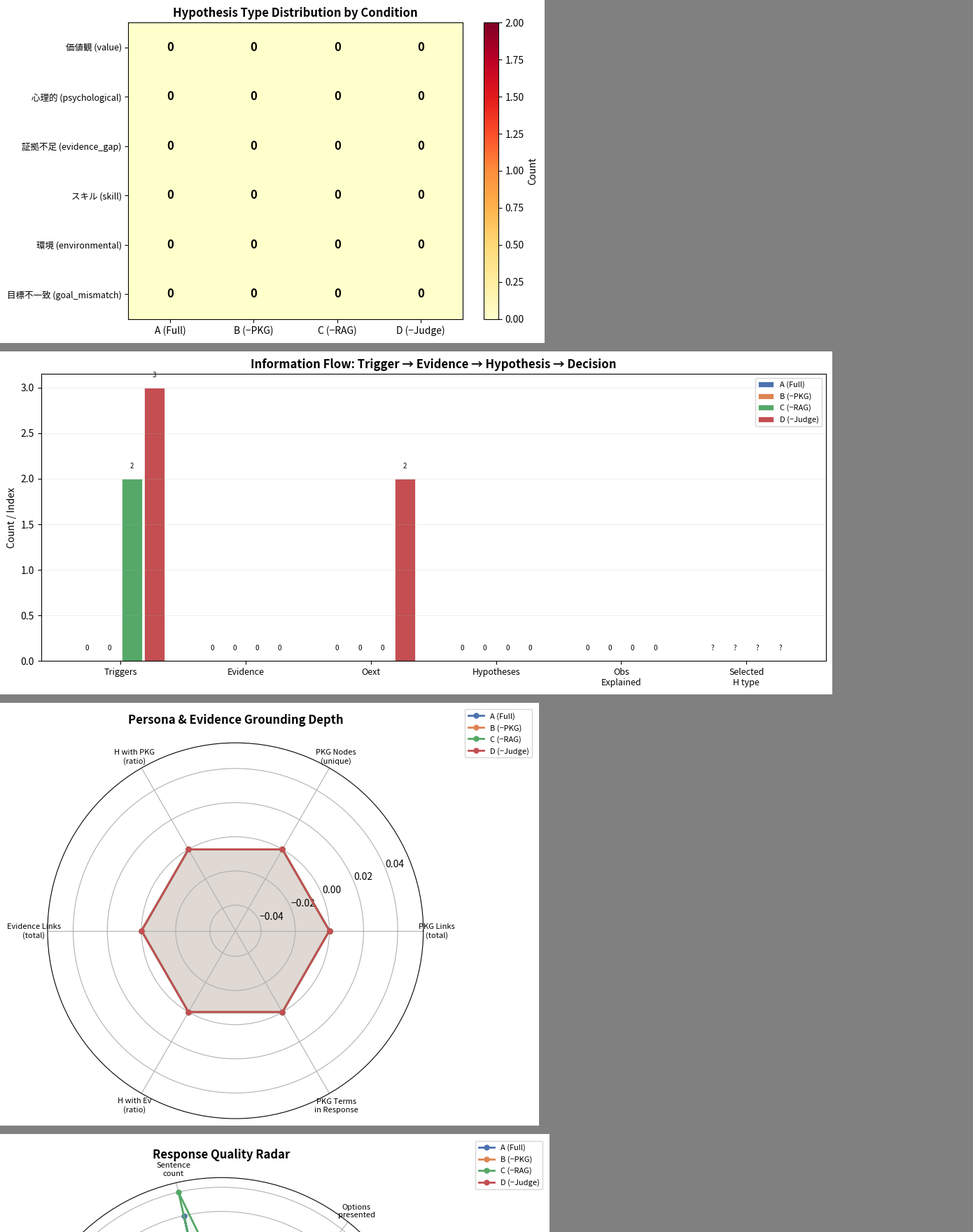
Repository: Service-System-Design-Laboratory/abductive-nudge-agents
Script's output: python newresearch/visualize_deep.py
An editor plug-in stored every save of this project. The script's output is shown before and after the next save, followed by the edit.
The pictures show rows 0 to 1760 of an output 3097 px tall, at 70% of full size.
Each picture stacks the figures in order, with grey between them; figures that are only written to a file come last. Random numbers start from a fixed seed.

Above is the script's output before, as saved 2026-02-06 14:24:41.

### newresearch/visualize_deep.py
"""
ABCD Deep Comparison — richer visualisation for N=1 ablation.

Extracts qualitative/structural features directly from the JSON outputs,
not just the pre-computed metrics.csv.  Produces:
  1. Hypothesis Content Heatmap (type × condition)
  2. Information Flow Sankey-style diagram
  3. Persona Grounding Depth chart
  4. Response Qualitative Radar
  5. Trigger → Hypothesis → Decision trace table

Usage:
    python -m newresearch.visualize_deep
"""
from __future__ import annotations

import json
import re
from collections import Counter
from pathlib import Path

import matplotlib
matplotlib.use("Agg")
import matplotlib.pyplot as plt
import matplotlib.font_manager as fm
import numpy as np

RUNS_DIR = Path(__file__).parent / "results" / "runs"
FIGURES_DIR = Path(__file__).parent / "results" / "figures"

COND_ORDER = ["A", "B", "C", "D"]
COND_LABELS = {
    "A": "A (Full)",
    "B": "B (−PKG)",
    "C": "C (−RAG)",
    "D": "D (−Judge)",
}
COND_COLORS = {
    "A": "#4C72B0",
    "B": "#DD8452",
    "C": "#55A868",
    "D": "#C44E52",
}


# ── Font ────────────────────────────────────────────────────────────
def _setup_font():
    jp = []
    for f in fm.findSystemFonts():
        fn = f.lower()
        if any(k in fn for k in ["notosanscjk", "notosansjp", "ipag", "ipam"]):
            jp.append(f)
    if jp:
        plt.rcParams["font.family"] = fm.FontProperties(fname=jp[0]).get_name()
    else:
        plt.rcParams["font.family"] = "DejaVu Sans"


# ── Data loading ────────────────────────────────────────────────────
def _find_run_dir(cond: str) -> Path | None:
    cond_dir = RUNS_DIR / cond
    if not cond_dir.exists():
        return None
    runs = sorted(cond_dir.iterdir())
    return runs[-1] if runs else None


def _load_json(p: Path) -> dict | list | None:
    if not p.exists():
        return None
    return json.loads(p.read_text(encoding="utf-8"))


def _load_all() -> dict[str, dict]:
    """Returns {cond: {context, evidence, hypotheses, judgements, decision, final}}."""
    data = {}
    for c in COND_ORDER:
        d = _find_run_dir(c)
        if not d:
            continue
        data[c] = {
            "context": _load_json(d / "context.json"),
            "evidence": _load_json(d / "evidence.json"),
            "hypotheses": _load_json(d / "hypotheses.json"),
            "judgements": _load_json(d / "judgements.json"),
            "decision": _load_json(d / "decision.json"),
            "final": _load_json(d / "final.json"),
        }
    return data


# ── Metric extractors ──────────────────────────────────────────────

def _hyp_types(hdata: dict | None) -> Counter:
    if not hdata:
        return Counter()
    return Counter(h["type"] for h in hdata.get("hypotheses", []))


def _persona_depth(hdata: dict | None) -> dict:
    """How deeply hypotheses reference PKG nodes."""
    if not hdata:
        return {"total_links": 0, "unique_nodes": set(), "linked_hyp_ratio": 0}
    hyps = hdata.get("hypotheses", [])
    total = sum(len(h.get("persona_link", [])) for h in hyps)
    nodes = set()
    linked = 0
    for h in hyps:
        pl = h.get("persona_link", [])
        if pl:
            linked += 1
            for p in pl:
                nodes.add(p.replace("pkg:", ""))
    ratio = linked / len(hyps) if hyps else 0
    return {"total_links": total, "unique_nodes": nodes, "linked_hyp_ratio": ratio}


def _evidence_depth(hdata: dict | None) -> dict:
    if not hdata:
        return {"total_links": 0, "linked_hyp_ratio": 0}
    hyps = hdata.get("hypotheses", [])
    total = sum(len(h.get("evidence_link", [])) for h in hyps)
    linked = sum(1 for h in hyps if h.get("evidence_link"))
    return {"total_links": total, "linked_hyp_ratio": linked / len(hyps) if hyps else 0}


def _obs_coverage(hdata: dict | None) -> float:
    """Fraction of observations explained by at least one hypothesis."""
    if not hdata:
        return 0
    hyps = hdata.get("hypotheses", [])
    all_explained = set()
    for h in hyps:
        all_explained.update(h.get("explains", []))
    # Count unique O/Oext
    return len(all_explained)


def _trigger_count(edata: dict | None) -> int:
    if not edata:
        return 0
    return len(edata.get("triggers", []))


def _trigger_types(edata: dict | None) -> Counter:
    if not edata:
        return Counter()
    return Counter(t["type"] for t in edata.get("triggers", []))


def _response_features(fdata: dict | None) -> dict:
    """Extract qualitative features from final response."""
    if not fdata:
        return {}
    resp = fdata.get("final_response", "")
    markers = fdata.get("markers", {})

    # Count concrete features
    option_pattern = r'[1-2AB]\.'
    options_presented = len(re.findall(option_pattern, resp))
    question_marks = resp.count("？") + resp.count("?")
    # Check for specific action suggestion (5分, メモ, etc.)
    has_concrete_action = bool(re.search(r'(5分|メモ|書き出|振り返|チェック)', resp))
    # Sentence count
    sentences = len([s for s in re.split(r'[。\n]', resp) if s.strip()])
    # H-tag references
    h_refs = len(re.findall(r'\(H\d\)', resp))
    # PKG term usage
    pkg_terms = ["実装力", "ユーザー価値", "AI技術", "対話システム", "HCI", "プログラミング"]
    pkg_term_hits = sum(1 for t in pkg_terms if t in resp)

    return {
        "char_len": len(resp),
        "sentences": sentences,
        "questions": question_marks,
        "options_presented": options_presented,
        "has_concrete_action": has_concrete_action,
        "h_refs": h_refs,
        "pkg_term_hits": pkg_term_hits,
        "empathy_count": sum(1 for v in markers.get("empathy", {}).values() if v),
        "east_count": sum(1 for k in ["easy", "attractive", "social", "timely"]
                         if markers.get("nudge", {}).get(k)),
    }


def _decision_trace(data: dict) -> dict:
    """Extract the decision reasoning chain."""
    dec = data.get("decision") or {}
    return {
        "selected": dec.get("selected_hypothesis_id", "?"),
        "contrasting": dec.get("contrasting_hypothesis_id", "?"),
        "rationale_len": len(dec.get("selection_rationale", "")),
    }


# ── Figure 1: Hypothesis Type Heatmap ──────────────────────────────
ALL_TYPES = ["value", "psychological", "evidence_gap", "skill",
             "environmental", "goal_mismatch"]
TYPE_LABELS_JP = {
    "value": "価値観",
    "psychological": "心理的",
    "evidence_gap": "証拠不足",
    "skill": "スキル",
    "environmental": "環境",
    "goal_mismatch": "目標不一致",
}


def fig1_type_heatmap(all_data: dict):
    """Hypothesis type distribution as a heatmap."""
    conds = [c for c in COND_ORDER if c in all_data]
    matrix = np.zeros((len(ALL_TYPES), len(conds)))

    for j, c in enumerate(conds):
        types = _hyp_types(all_data[c].get("hypotheses"))
        for i, t in enumerate(ALL_TYPES):
            matrix[i, j] = types.get(t, 0)

    fig, ax = plt.subplots(figsize=(8, 5))
    im = ax.imshow(matrix, cmap="YlOrRd", aspect="auto", vmin=0, vmax=2)

    ax.set_xticks(range(len(conds)))
    ax.set_xticklabels([COND_LABELS[c] for c in conds])
    ax.set_yticks(range(len(ALL_TYPES)))
    ax.set_yticklabels([f"{TYPE_LABELS_JP[t]} ({t})" for t in ALL_TYPES], fontsize=9)

    # Annotate cells
    for i in range(len(ALL_TYPES)):
        for j in range(len(conds)):
            v = int(matrix[i, j])
            ax.text(j, i, str(v), ha="center", va="center",
                    color="white" if v >= 1 else "black", fontsize=12, fontweight="bold")

    ax.set_title("Hypothesis Type Distribution by Condition", fontsize=12, fontweight="bold")
    plt.colorbar(im, ax=ax, label="Count")
    fig.tight_layout()

    FIGURES_DIR.mkdir(parents=True, exist_ok=True)
    fig.savefig(FIGURES_DIR / "deep_fig1_type_heatmap.png", dpi=150, bbox_inches="tight")
    plt.close(fig)
    print("  [1/5] deep_fig1_type_heatmap.png")


# ── Figure 2: Information Flow (Trigger→Evidence→Hypothesis→Decision)
def fig2_info_flow(all_data: dict):
    """Visualise the information flow pipeline counts."""
    conds = [c for c in COND_ORDER if c in all_data]

    stages = ["Triggers", "Evidence", "Oext", "Hypotheses", "Obs\nExplained", "Selected\nH type"]
    fig, ax = plt.subplots(figsize=(12, 5))
    x = np.arange(len(stages))
    width = 0.18

    for i, c in enumerate(conds):
        ev = all_data[c].get("evidence") or {}
        hyp = all_data[c].get("hypotheses") or {}
        dec = all_data[c].get("decision") or {}
        hyps_list = hyp.get("hypotheses", [])
        sel_id = dec.get("selected_hypothesis_id", "")
        sel_type = ""
        for h in hyps_list:
            if h["hypothesis_id"] == sel_id:
                sel_type = h["type"]

        vals = [
            len(ev.get("triggers", [])),
            len(ev.get("evidence_items", [])),
            len(ev.get("external_observations", [])),
            len(hyps_list),
            _obs_coverage(hyp),
            ALL_TYPES.index(sel_type) + 1 if sel_type in ALL_TYPES else 0,
        ]
        offset = (i - len(conds) / 2 + 0.5) * width
        bars = ax.bar(x + offset, vals, width * 0.9,
                      label=COND_LABELS[c], color=COND_COLORS[c],
                      edgecolor="white", linewidth=0.5)
        for bar, v in zip(bars, vals):
            label_text = str(v)
            if bar.get_x() + bar.get_width() / 2 > len(stages) - 1.5:
                # Last column: show type name instead of index
                label_text = sel_type[:6] if sel_type else "?"
            ax.text(bar.get_x() + bar.get_width() / 2, bar.get_height() + 0.1,
                    label_text, ha="center", va="bottom", fontsize=7)

    ax.set_xticks(x)
    ax.set_xticklabels(stages, fontsize=9)
    ax.set_ylabel("Count / Index")
    ax.set_title("Information Flow: Trigger → Evidence → Hypothesis → Decision",
                 fontsize=12, fontweight="bold")
    ax.legend(fontsize=8)
    ax.grid(axis="y", alpha=0.2)
    fig.tight_layout()

    fig.savefig(FIGURES_DIR / "deep_fig2_info_flow.png", dpi=150, bbox_inches="tight")
    plt.close(fig)
    print("  [2/5] deep_fig2_info_flow.png")


# ── Figure 3: Persona Grounding Depth ──────────────────────────────
def fig3_persona_grounding(all_data: dict):
    """Radar chart: persona/evidence grounding + response quality."""
    conds = [c for c in COND_ORDER if c in all_data]

    axes_keys = [
        "pkg_links", "pkg_unique", "pkg_ratio",
        "ev_links", "ev_ratio",
        "pkg_terms_in_resp",
    ]
    axes_labels = [
        "PKG Links\n(total)", "PKG Nodes\n(unique)", "H with PKG\n(ratio)",
        "Evidence Links\n(total)", "H with Ev\n(ratio)",
        "PKG Terms\nin Response",
    ]

    fig, ax = plt.subplots(figsize=(8, 8), subplot_kw=dict(polar=True))
    angles = np.linspace(0, 2 * np.pi, len(axes_keys), endpoint=False).tolist()
    angles += angles[:1]

    for c in conds:
        pd = _persona_depth(all_data[c].get("hypotheses"))
        ed = _evidence_depth(all_data[c].get("hypotheses"))
        rf = _response_features(all_data[c].get("final"))

        values = [
            pd["total_links"],
            len(pd["unique_nodes"]),
            pd["linked_hyp_ratio"] * 5,  # scale 0-1 → 0-5
            ed["total_links"],
            ed["linked_hyp_ratio"] * 5,
            rf.get("pkg_term_hits", 0),
        ]
        values += values[:1]

        ax.plot(angles, values, "o-", label=COND_LABELS[c],
                color=COND_COLORS[c], linewidth=2, markersize=5)
        ax.fill(angles, values, alpha=0.08, color=COND_COLORS[c])

    ax.set_xticks(angles[:-1])
    ax.set_xticklabels(axes_labels, fontsize=8)
    ax.set_title("Persona & Evidence Grounding Depth",
                 fontsize=12, fontweight="bold", pad=20)
    ax.legend(loc="upper right", bbox_to_anchor=(1.3, 1.1), fontsize=8)
    fig.tight_layout()

    fig.savefig(FIGURES_DIR / "deep_fig3_persona_grounding.png", dpi=150, bbox_inches="tight")
    plt.close(fig)
    print("  [3/5] deep_fig3_persona_grounding.png")


# ── Figure 4: Response Quality Radar ───────────────────────────────
def fig4_response_radar(all_data: dict):
    """Radar chart of response qualitative features."""
    conds = [c for c in COND_ORDER if c in all_data]

    axes_keys = [
        "questions", "options_presented", "sentences",
        "h_refs", "pkg_term_hits",
        "empathy_count", "east_count",
    ]
    axes_labels = [
        "Questions\nasked", "Options\npresented", "Sentence\ncount",
        "H-tag\nreferences", "PKG terms\nused",
        "Empathy\nmarkers", "EAST\nmarkers",
    ]

    fig, ax = plt.subplots(figsize=(8, 8), subplot_kw=dict(polar=True))
    angles = np.linspace(0, 2 * np.pi, len(axes_keys), endpoint=False).tolist()
    angles += angles[:1]

    for c in conds:
        rf = _response_features(all_data[c].get("final"))
        values = [rf.get(k, 0) for k in axes_keys]
        values += values[:1]

        ax.plot(angles, values, "o-", label=COND_LABELS[c],
                color=COND_COLORS[c], linewidth=2, markersize=5)
        ax.fill(angles, values, alpha=0.08, color=COND_COLORS[c])

    ax.set_xticks(angles[:-1])
    ax.set_xticklabels(axes_labels, fontsize=8)
    ax.set_title("Response Quality Radar",
                 fontsize=12, fontweight="bold", pad=20)
    ax.legend(loc="upper right", bbox_to_anchor=(1.3, 1.1), fontsize=8)
    fig.tight_layout()

    fig.savefig(FIGURES_DIR / "deep_fig4_response_radar.png", dpi=150, bbox_inches="tight")
    plt.close(fig)
    print("  [4/5] deep_fig4_response_radar.png")


# ── Figure 5: Decision Trace Table ─────────────────────────────────
def fig5_trace_table(all_data: dict):
    """Full trace from trigger→hypothesis→decision, presented as a table."""
    conds = [c for c in COND_ORDER if c in all_data]

    row_labels = [
        "Trigger Types",
        "Trigger Count",
        "Evidence Count",
        "Oext Count",
        "Hypothesis Types",
        "PKG Links (total)",
        "PKG Unique Nodes",
        "Evidence Links",
        "Selected H (id)",
        "Selected H (type)",
        "Contrasting H (id)",
        "Contrasting H (type)",
        "Obs Explained",
        "Response Length",
        "Questions in Resp",
        "Concrete Action",
    ]

    table_data = []
    for c in conds:
        ev = all_data[c].get("evidence") or {}
        hyp = all_data[c].get("hypotheses") or {}
        dec = all_data[c].get("decision") or {}
        fin = all_data[c].get("final") or {}
        hyps_list = hyp.get("hypotheses", [])
        rf = _response_features(fin)
        pd = _persona_depth(hyp)

        sel_id = dec.get("selected_hypothesis_id", "?")
        con_id = dec.get("contrasting_hypothesis_id", "?")
        sel_type = con_type = "?"
        for h in hyps_list:
            if h["hypothesis_id"] == sel_id:
                sel_type = h["type"]
            if h["hypothesis_id"] == con_id:
                con_type = h["type"]

        trig_types = _trigger_types(ev)
        htypes = _hyp_types(hyp)

        col = [
            ", ".join(f"{k}:{v}" for k, v in trig_types.items()),
            str(len(ev.get("triggers", []))),
            str(len(ev.get("evidence_items", []))),
            str(len(ev.get("external_observations", []))),
            ", ".join(f"{k}:{v}" for k, v in htypes.items()),
            str(pd["total_links"]),
            ", ".join(sorted(pd["unique_nodes"])) or "-",
            str(_evidence_depth(hyp)["total_links"]),
            sel_id,
            sel_type,
            con_id,
            con_type,
            str(int(_obs_coverage(hyp))),
            str(rf.get("char_len", 0)),
            str(rf.get("questions", 0)),
            "Yes" if rf.get("has_concrete_action") else "No",
        ]
        table_data.append(col)

    # Transpose: rows=metrics, cols=conditions
    n_rows = len(row_labels)
    n_cols = len(conds)
    cell_text = [[table_data[j][i] for j in range(n_cols)] for i in range(n_rows)]

    fig, ax = plt.subplots(figsize=(14, max(8, n_rows * 0.45)))
    ax.axis("off")

    col_labels = [COND_LABELS[c] for c in conds]
    tbl = ax.table(cellText=cell_text, rowLabels=row_labels, colLabels=col_labels,
                   cellLoc="center", loc="center", rowLoc="right")
    tbl.auto_set_font_size(False)
    tbl.set_fontsize(8)
    tbl.scale(1.0, 1.45)

    # Header styling
    for j in range(n_cols):
        tbl[0, j].set_facecolor(COND_COLORS[conds[j]])
        tbl[0, j].set_text_props(color="white", weight="bold", fontsize=9)

    # Row label styling
    for i in range(n_rows):
        tbl[i + 1, -1].set_text_props(fontsize=8, ha="right")

    # Highlight key differences
    highlight_rows = {1, 2, 3, 5, 6, 7}  # trigger/evidence/PKG rows
    for i in range(n_rows):
        for j in range(n_cols):
            if i in highlight_rows:
                vals = [table_data[k][i] for k in range(n_cols)]
                if len(set(vals)) > 1:
                    tbl[i + 1, j].set_facecolor("#fff3cd")

    ax.set_title("Decision Trace: Trigger → Hypothesis → Decision → Response",
                 fontsize=13, fontweight="bold", pad=15)

    fig.tight_layout()
    fig.savefig(FIGURES_DIR / "deep_fig5_trace_table.png", dpi=150, bbox_inches="tight")
    plt.close(fig)
    print("  [5/5] deep_fig5_trace_table.png")


# ── Main ────────────────────────────────────────────────────────────
def main():
    _setup_font()
    FIGURES_DIR.mkdir(parents=True, exist_ok=True)

    print("Loading run data...")
    all_data = _load_all()
    if not all_data:
        print("No run data found!")
        return

    print(f"Found conditions: {list(all_data.keys())}")
    print()

    fig1_type_heatmap(all_data)
    fig2_info_flow(all_data)
    fig3_persona_grounding(all_data)
    fig4_response_radar(all_data)
    fig5_trace_table(all_data)

    print(f"\nAll deep figures saved to {FIGURES_DIR}/")

    # Print qualitative summary
    _print_qualitative(all_data)


def _print_qualitative(all_data: dict):
    """Print a qualitative analysis summary."""
    print("\n" + "=" * 70)
    print("QUALITATIVE ANALYSIS SUMMARY")
    print("=" * 70)

    for c in COND_ORDER:
        if c not in all_data:
            continue
        d = all_data[c]
        ev = d.get("evidence") or {}
        hyp = d.get("hypotheses") or {}
        dec = d.get("decision") or {}
        fin = d.get("final") or {}
        pd = _persona_depth(hyp)
        ed = _evidence_depth(hyp)
        rf = _response_features(fin)
        hyps = hyp.get("hypotheses", [])

        sel_id = dec.get("selected_hypothesis_id", "?")
        con_id = dec.get("contrasting_hypothesis_id", "?")
        sel_h = con_h = None
        for h in hyps:
            if h["hypothesis_id"] == sel_id:
                sel_h = h
            if h["hypothesis_id"] == con_id:
                con_h = h

        print(f"\n--- {COND_LABELS[c]} ---")
        print(f"  Triggers: {len(ev.get('triggers', []))}, "
              f"Evidence: {len(ev.get('evidence_items', []))}, "
              f"Oext: {len(ev.get('external_observations', []))}")
        print(f"  PKG links: {pd['total_links']} ({len(pd['unique_nodes'])} unique nodes)")
        print(f"  Ev links: {ed['total_links']}")
        print(f"  Types: {dict(_hyp_types(hyp))}")
        if sel_h:
            print(f"  Selected: {sel_id} ({sel_h['type']})")
            print(f"    '{sel_h['statement'][:80]}...'")
        if con_h:
            print(f"  Contrast: {con_id} ({con_h['type']})")
            print(f"    '{con_h['statement'][:80]}...'")
        print(f"  Response: {rf.get('char_len', 0)} chars, "
              f"{rf.get('questions', 0)} questions, "
              f"action={'Yes' if rf.get('has_concrete_action') else 'No'}")

    print("\n" + "=" * 70)


if __name__ == "__main__":
    main()

### newresearch/results/runs/A/2026-02-08T000842__P01__S1__PKG1_RAG1_JUDGE1/decision.json
{
  "selected_hypothesis_id": "H5",
  "contrasting_hypothesis_id": "H1",
  "selection_rationale": "H5はis_reframing: true かつfatal_flawsがなく、全観察・外部エビデンスを広く説明し、ユーザーの発言『本物の生活を見たい』の意味を『実際の体験そのものよりも、“観光客とは異なる自分”というアイデンティティを守りたい深層心理が動機』という自己像重視の読みへと大きく変える（reframing）。一方H1は、ユーザーの発言を額面通り『本物の生活や地域社会との真のつながりを体験したい』という価値観の表明として素直に解釈する仮説であり、2つは“体験そのもの重視”と“自己像重視”という質的に異なる説明となる。",
  "user_facing_frame": {
    "framing": "options",
    "questions": [
      "もし『本物志向は自分のアイデンティティを守るため』だとしたら、今後どんな行動や発言が変わると思いますか？",
      "逆に『本物の生活や地域とのつながり自体が目的』だとしたら、どんな行動や選択を優先しますか？"
    ],
    "options": [
      "もしH5（自己像重視の深層心理）が当てはまるなら、体験内容よりも“他者との差異化”や“語り方”が今後の行動の焦点になるかもしれません。",
      "もしH1（体験そのもの重視の価値観）が当てはまるなら、地域社会や自然との直接的な関わりや信頼関係づくりが今後の行動の中心になります。"
    ]
  }
}

### newresearch/results/runs/C/2026-02-07T060323__P07__S10__PKG1_RAG0_JUDGE1/evidence.json
{
  "triggers": [
    {
      "type": "information_gap",
      "text": "ユーザーは『もっと効率的に映える写真を撮るコツ』を求めているが、PKGには具体的な撮影テクニックや効率化の方法に関する情報が不足している。"
    },
    {
      "type": "ambiguity",
      "text": "『映える写真』の定義や基準がPKG内で明確にされておらず、ユーザーが求める『完璧な写真』の具体像が曖昧である。"
    }
  ],
  "rag_queries": [],
  "evidence_items": [],
  "external_observations": [],
  "notes": "RAG disabled (use_rag=false) — trigger identification only"
}

### newresearch/results/runs/D/2026-02-07T221654__P01__S1__SINGLE/evidence.json
{
  "triggers": [
    {
      "type": "focus",
      "text": "『本物の生活』や地元の人しか知らない場所への強いこだわり"
    },
    {
      "type": "information_gap",
      "text": "なぜ観光客向けの演出が満足できないのか、その理由が明示されていない"
    },
    {
      "type": "ambiguity",
      "text": "『本物の生活』とは何を指すのか具体的に不明"
    }
  ],
  "external_observations": [
    {
      "id": "Oext1",
      "text": "ガイドブックに載らない場所や、現地に看板や案内がない場所は、実際にはGoogleマップなどのデジタル情報で探訪者が増えており、完全な『地元だけの秘密』は成立しにくくなっている",
      "source_url": "https://www.ryosou.com/simanenokunifudoki2024izumo/"
    },
    {
      "id": "Oext2",
      "text": "ガイドブックに載っていない体験や地元の人との交流が『本物』とされる一方で、それ自体が観光商品として演出されるケースも増えている",
      "source_url": "https://www.echizenkani.com/20220513115750"
    }
  ]
}

### newresearch/results/runs/D/2026-02-07T221654__P01__S1__SINGLE/decision.json
{
  "selected_hypothesis_id": "H5",
  "contrasting_hypothesis_id": "H2",
  "selection_rationale": "H5を採用すると、ユーザーの発言『ガイドブックに載っているような場所には一切興味がない』の意味が、『本物』志向は単なる価値観や体験欲求ではなく、『普通の観光客とは違う自分』を確認したいという社会的・アイデンティティ的な動機に基づくものへと変わる。H2は額面通り、自然や伝統との調和を重視する価値観の表明として読む立場。どちらの立場に立つかで、今後の行動や自己理解の深さが大きく変わる。",
  "user_facing_frame": {
    "framing": "options",
    "questions": [
      "『本物』を求める気持ちの奥には、他の観光客とは違う自分でありたいという思いがあると感じたことはありますか？",
      "それとも、純粋に自然や伝統文化そのものへの関心が強いのでしょうか？"
    ],
    "options": [
      "『本物』志向の奥に、他者との差別化や特別感を求める自分がいる可能性を探ってみる",
      "自然や伝統文化との調和を大切にし、観光地を避ける価値観をそのまま大事にする"
    ]
  }
}

Loaded but not shown: newresearch/results/runs/C/2026-02-07T060323__P07__S10__PKG1_RAG0_JUDGE1/context.json (47 lines, source omitted); newresearch/results/runs/B/2026-02-07T234832__P01__S10__PKG0_RAG1_JUDGE1/context.json (51 lines, source omitted); newresearch/results/runs/A/2026-02-08T000842__P01__S1__PKG1_RAG1_JUDGE1/final.json (20 lines, source omitted); newresearch/results/runs/C/2026-02-07T060323__P07__S10__PKG1_RAG0_JUDGE1/final.json (20 lines, source omitted); newresearch/results/runs/C/2026-02-07T060323__P07__S10__PKG1_RAG0_JUDGE1/decision.json (16 lines, source omitted); newresearch/results/runs/A/2026-02-08T000842__P01__S1__PKG1_RAG1_JUDGE1/context.json (37 lines, source omitted); newresearch/results/runs/D/2026-02-07T221654__P01__S1__SINGLE/context.json (42 lines, source omitted)

After the next save:
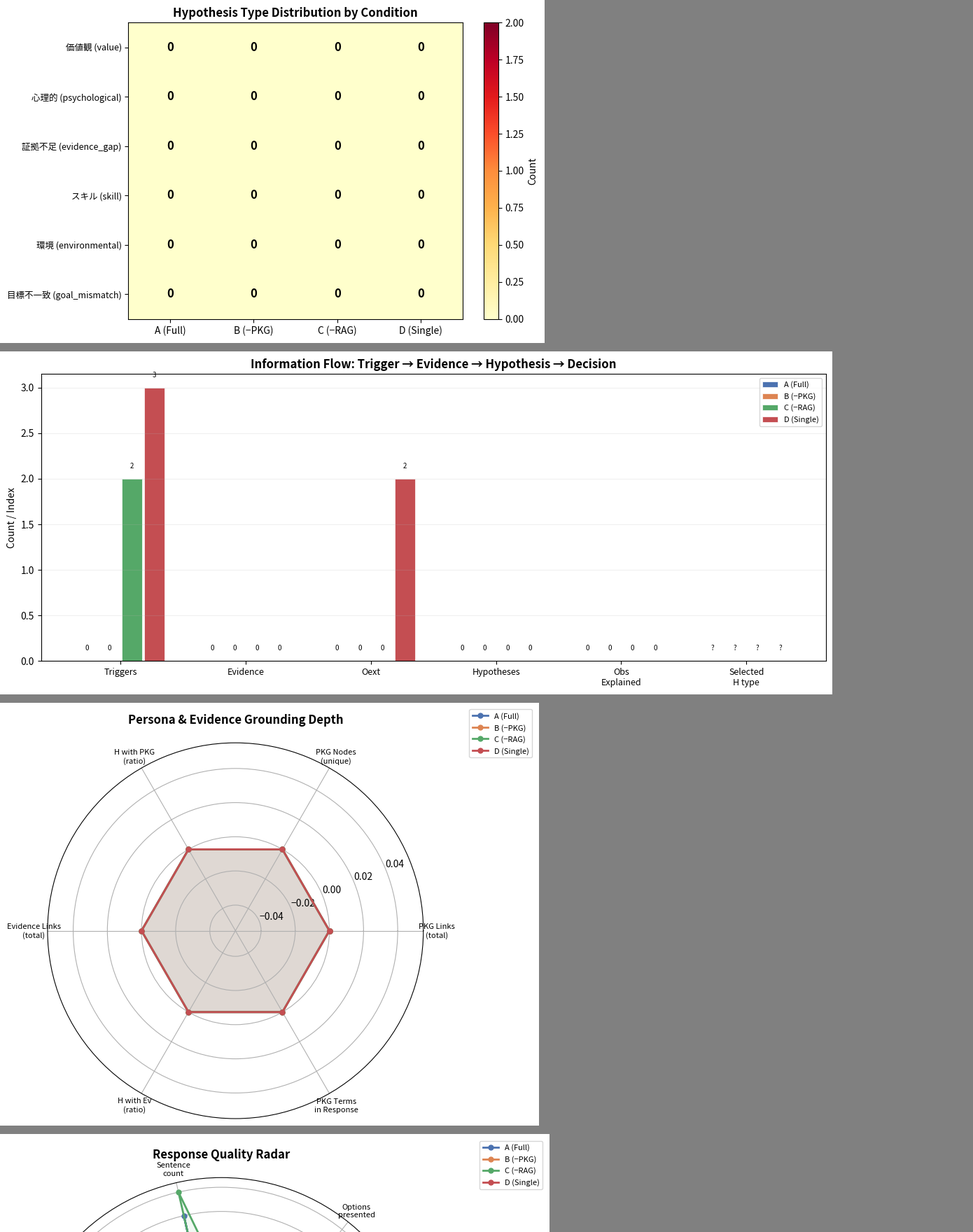
Saved 12 s later.
--- a/newresearch/visualize_deep.py
+++ b/newresearch/visualize_deep.py
@@ -33,7 +33,7 @@ COND_LABELS = {
     "A": "A (Full)",
     "B": "B (−PKG)",
     "C": "C (−RAG)",
-    "D": "D (−Judge)",
+    "D": "D (Single)",
 }
 COND_COLORS = {
     "A": "#4C72B0",
